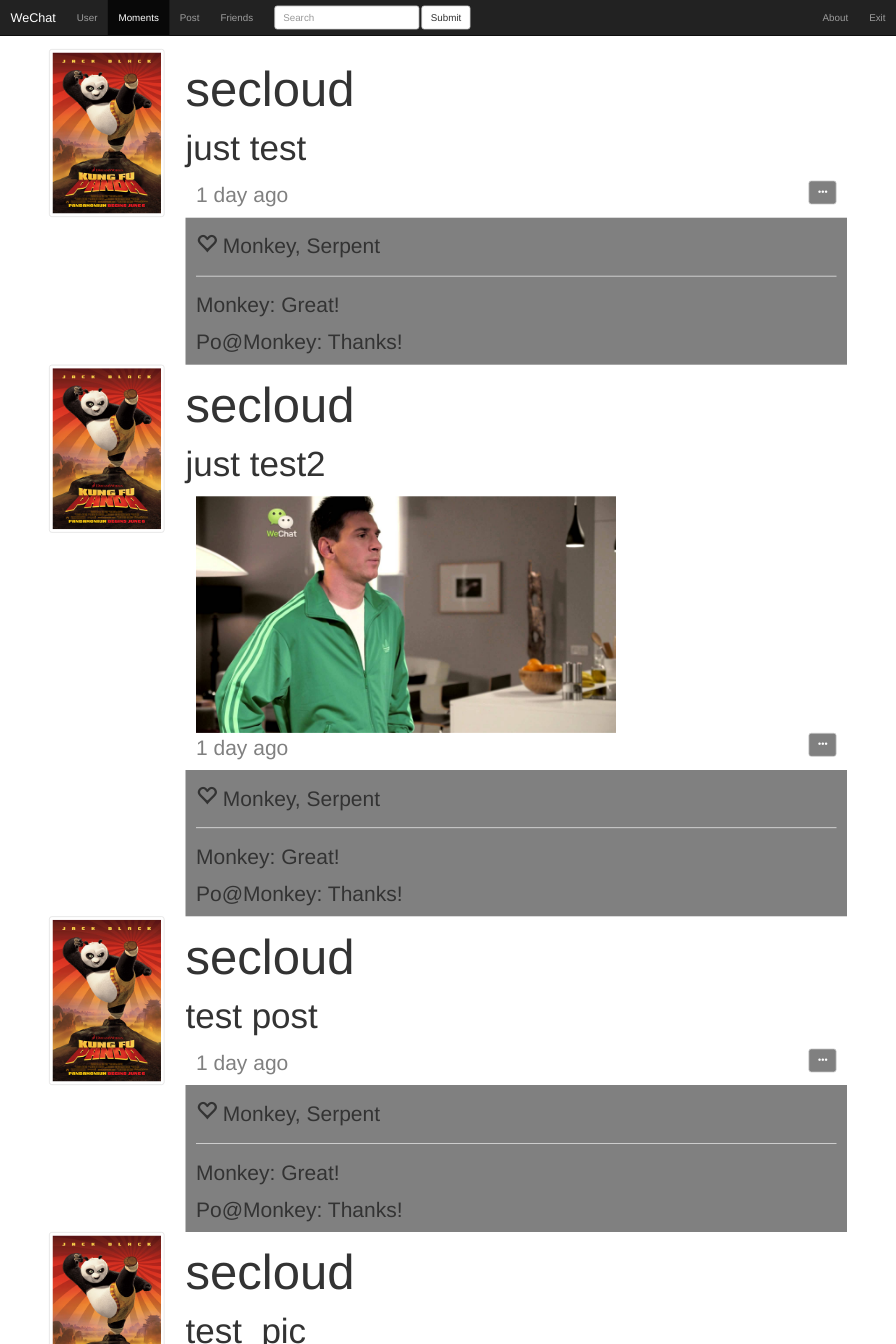
Repository: iSecloud/django-wechat
Page: http://localhost/status
These files come from the project's save history. The page is drawn as it stood at one moment and after the next save; the edit follows.
The browser window is 1280 px wide. The pictures show the part of the page from y = 0 to 1920 px (the page is 8481 px tall), at 70% of full size.
The page is served by the project's application, run on Django 3.2 (manage.py). The page reads the database file committed with the project.

Above is the page before, as saved 2021-05-28 13:55:07.

After the next save:
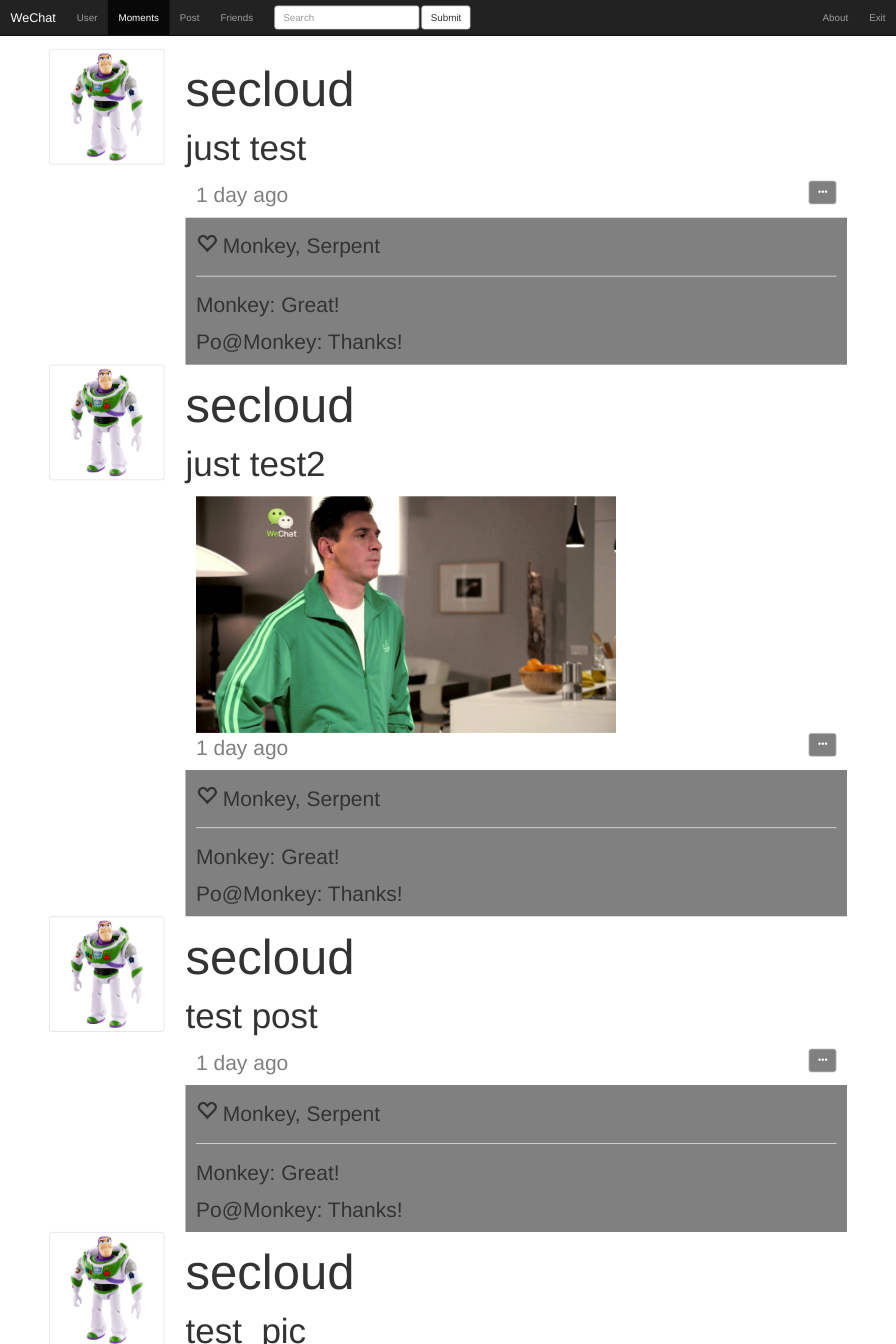
Saved 56 s later.
--- a/moments/templates/status.html
+++ b/moments/templates/status.html
@@ -8,7 +8,7 @@
         {% for status in statuses %}
         <div class="row">
             <div class="col-md-2">
-                <img src="/static/image/Kungfupanda.jpg" class="img-responsive img-thumbnail">
+                <img src="/static/image/{{status.user.pic}}" class="img-responsive img-thumbnail">
             </div>
             <div class="col-md-10">
                 <h1 style="font-size:70px">{{status.user}}</h1>
